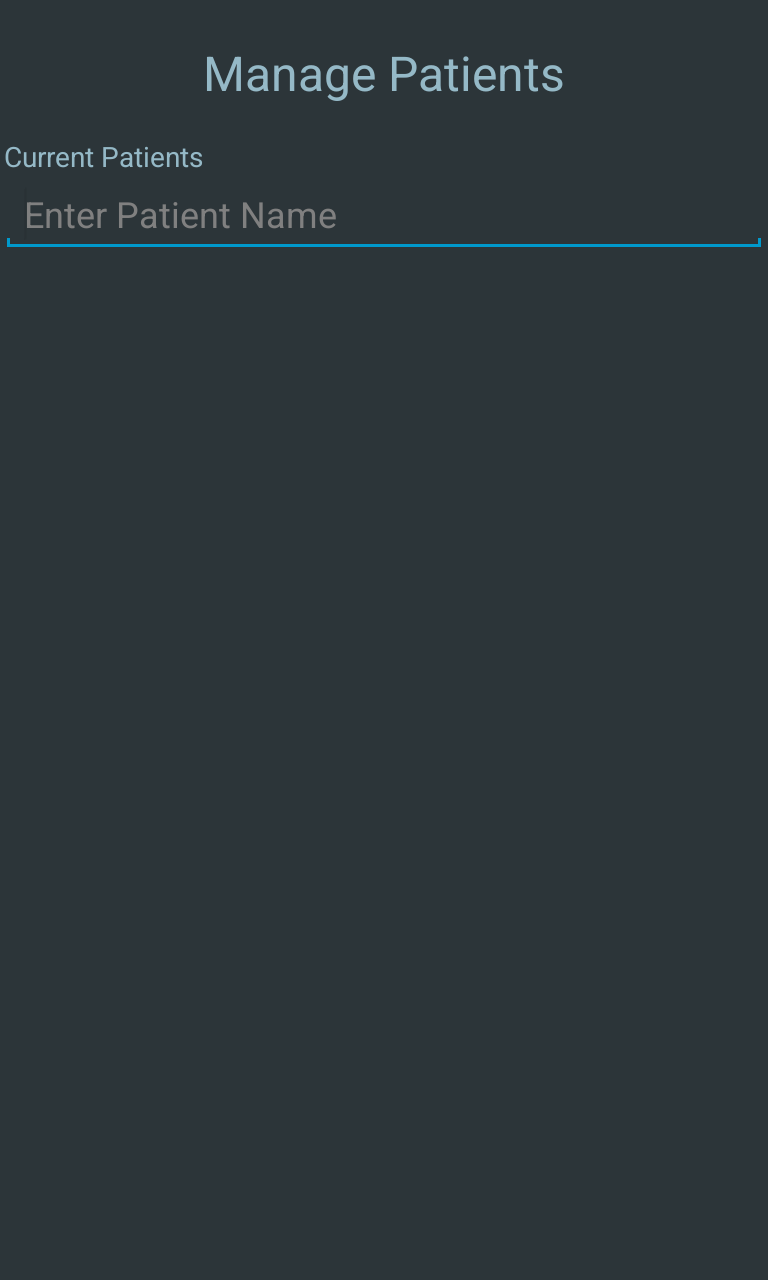
Repository: davidwiggy/MyWeek
Layout: MyWeek/res/layout/manage_clients.xml
These files come from the project's save history. The layout is drawn as it stood at one moment and after the next save; the edit follows.
It is drawn on a 768 x 1280 px phone screen (xhdpi) without system bars, with theme AppTheme; the app's code is not run. Lists and similar views that code fills are empty.

Above is the layout before, as saved 2013-10-28 20:52:29.

After the next save:
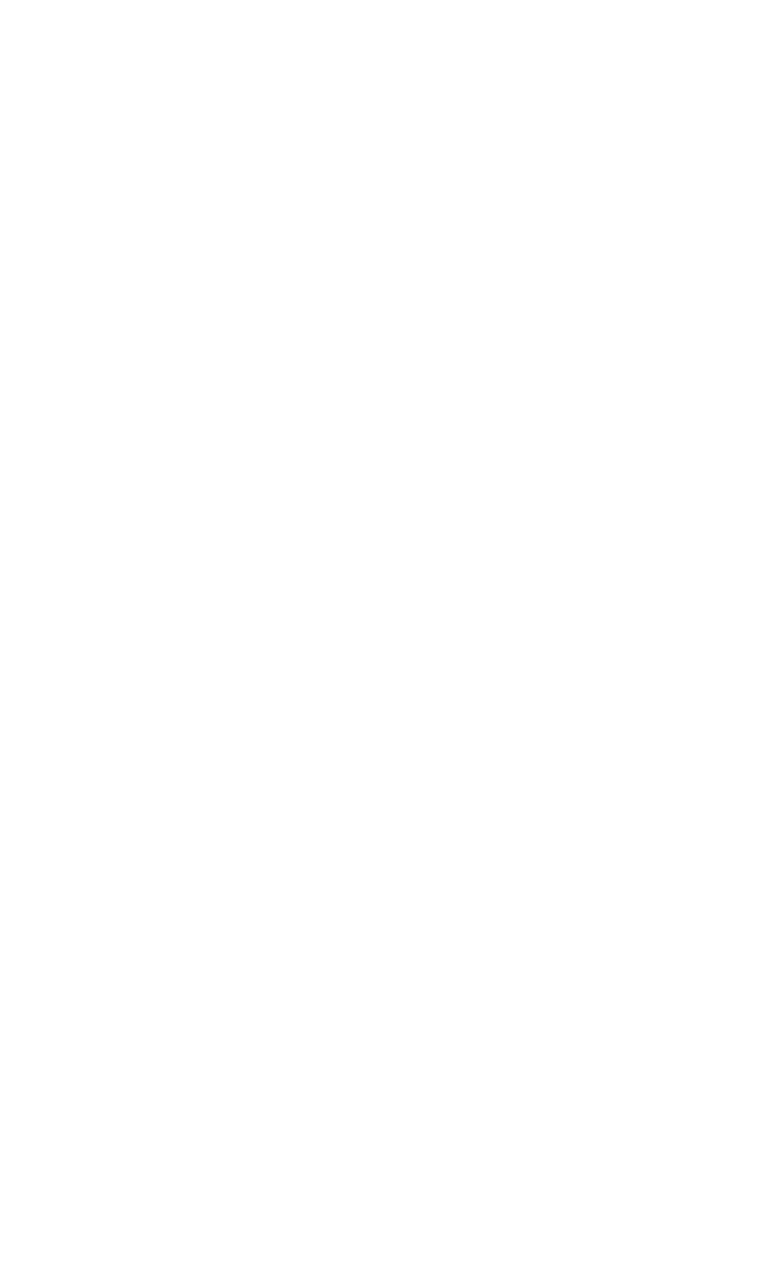
Saved 50 s later.
--- a/MyWeek/res/layout/manage_clients.xml
+++ b/MyWeek/res/layout/manage_clients.xml
@@ -30,11 +30,12 @@
            android:layout_width="match_parent"
            android:layout_height="wrap_content"
            android:layout_alignParentLeft="true"
-           android:layout_below="@+id/textView1" >
+           android:layout_below="@+id/textView1"
+           android:layout_above="@id/enter_patient_name" >
        </ListView>
 
        	<EditText
-		android:id="@+id/enter_nameET"
+		android:id="@+id/enter_patient_name"
 		android:layout_height="wrap_content"
 		android:layout_width="match_parent"
 		android:layout_below="@id/lvManageClients"

After the 2 saves that followed:
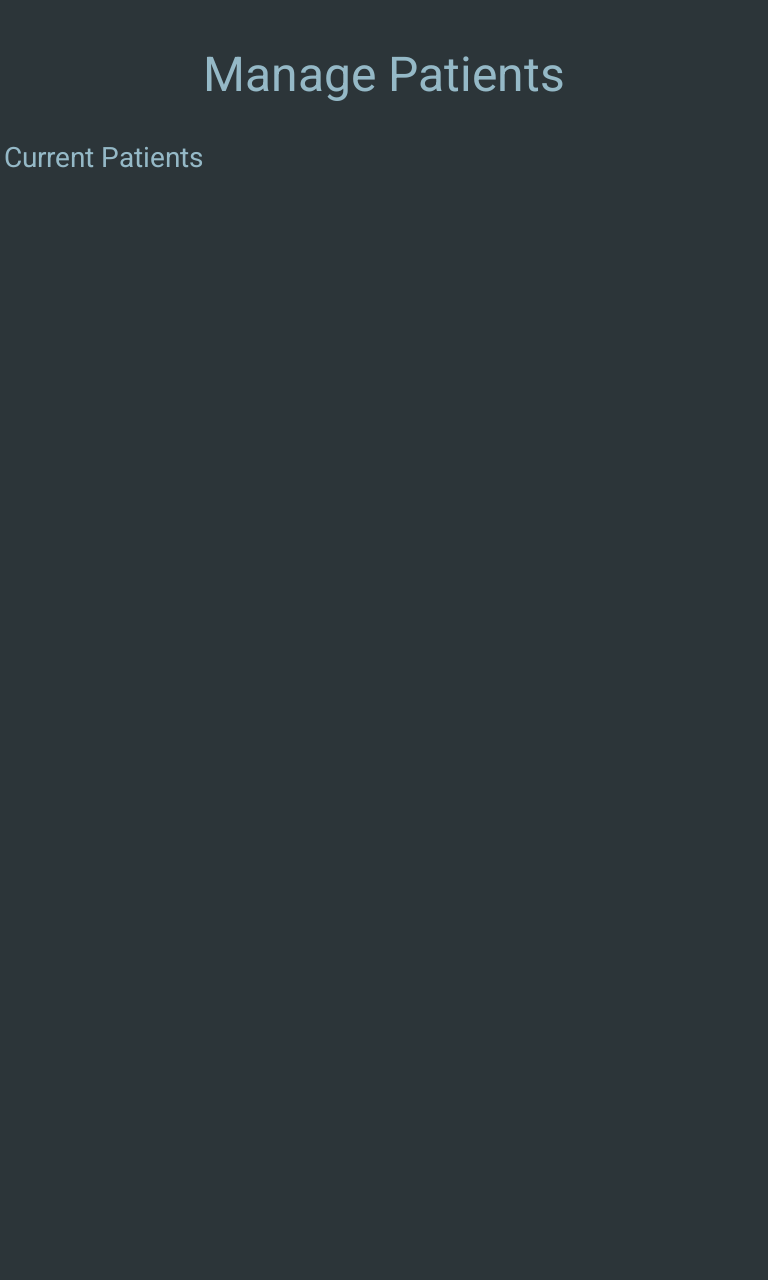
The 2 saves are shown as one change because 1 left the picture as it was.
The last was saved 3 min 1 s later.
--- a/MyWeek/res/layout/manage_clients.xml
+++ b/MyWeek/res/layout/manage_clients.xml
@@ -25,24 +25,7 @@
            android:textColor="@color/BabyBlue"
            android:text="Current Patients" />
 
-       <ListView
-           android:id="@+id/lvManageClients"
-           android:layout_width="match_parent"
-           android:layout_height="wrap_content"
-           android:layout_alignParentLeft="true"
-           android:layout_below="@+id/textView1"
-           android:layout_above="@id/enter_patient_name" >
-       </ListView>
 
-       	<EditText
-		android:id="@+id/enter_patient_name"
-		android:layout_height="wrap_content"
-		android:layout_width="match_parent"
-		android:layout_below="@id/lvManageClients"
-		android:hint="Enter Patient Name"
-		android:inputType="textPersonName">
-		<requestFocus></requestFocus>
-	</EditText>
 
 
 </RelativeLayout>
